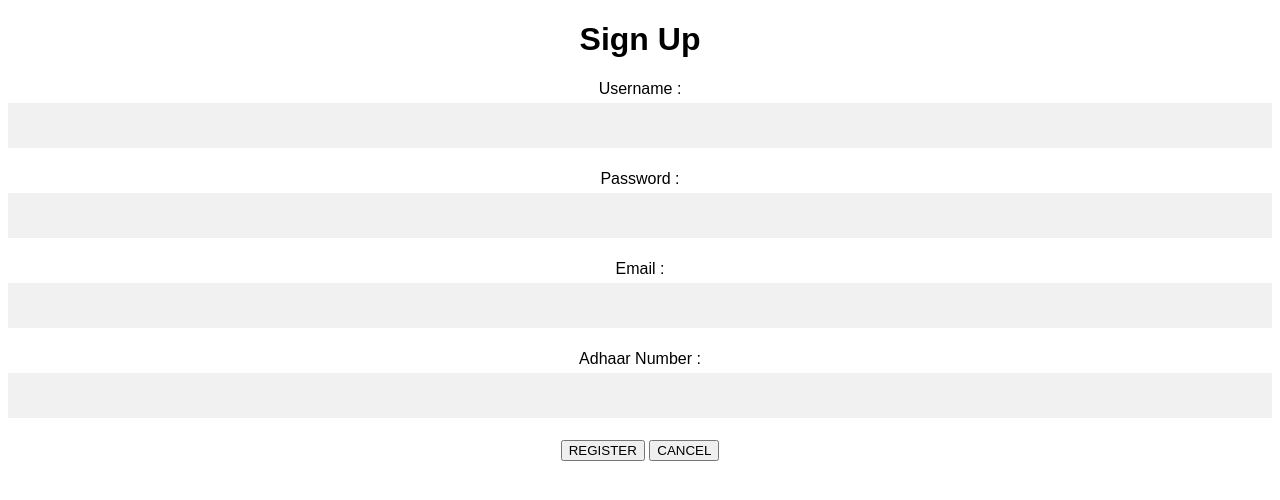
Repository: jchowdapurkar/Java-Project
Page: http://localhost/Registration/registration.jsp
These files come from the project's save history. The page is drawn as it stood at one moment and after the next save; the edit follows.
The browser window is 1280 px wide. The pictures show the whole page.
The page is served by Tomcat 9.

Above is the page before, as saved 2018-07-16 18:17:40.

After the next save:
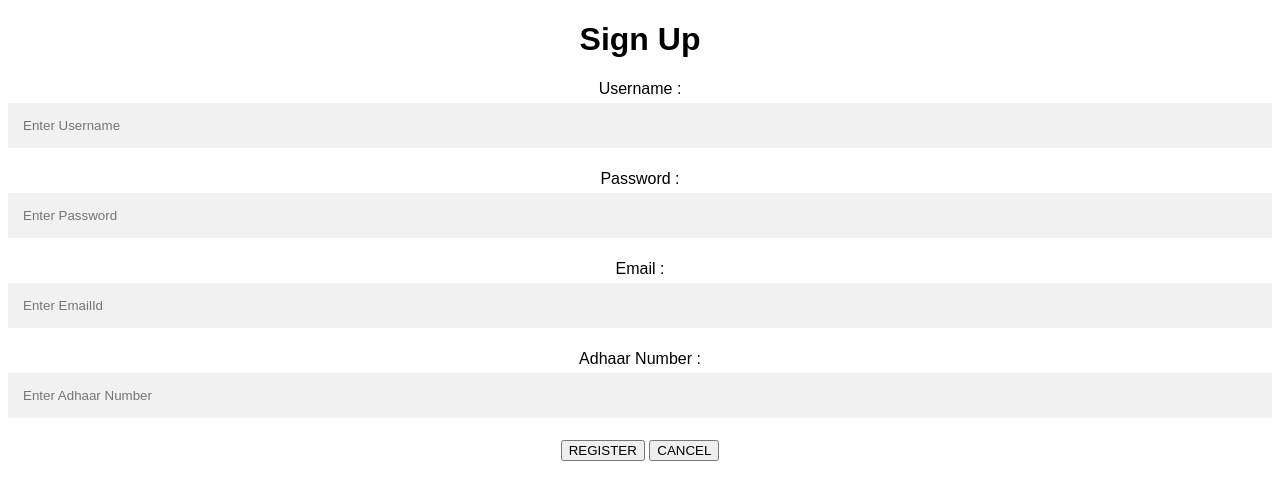
Saved 99 s later.
--- a/Task Jsp/Registration/WebContent/registration.jsp
+++ b/Task Jsp/Registration/WebContent/registration.jsp
@@ -82,10 +82,10 @@ button:hover {
 <div align="center">
 <form action = "Registration" method ="post">
 <h1>Sign Up</h1>
-Username : <input type ="text" name = "username" required="required">
-Password : <input type ="password" name = "password"  required="required">
-Email : <input type ="Email" name = "email" required="required">
-Adhaar Number : <input type ="text" name="adhaar"  required ="required">
+Username : <input type ="text" placeholder = "Enter Username" name = "username" required="required">
+Password : <input type ="password" placeholder = "Enter Password" name = "password"  required="required">
+Email : <input type ="Email" placeholder = "Enter EmailId" name = "email" required="required">
+Adhaar Number : <input type ="text" placeholder = "Enter Adhaar Number" name="adhaar"  required ="required">
 <input type = "submit" value = "REGISTER">
 <input type = "submit" value = "CANCEL">
 
